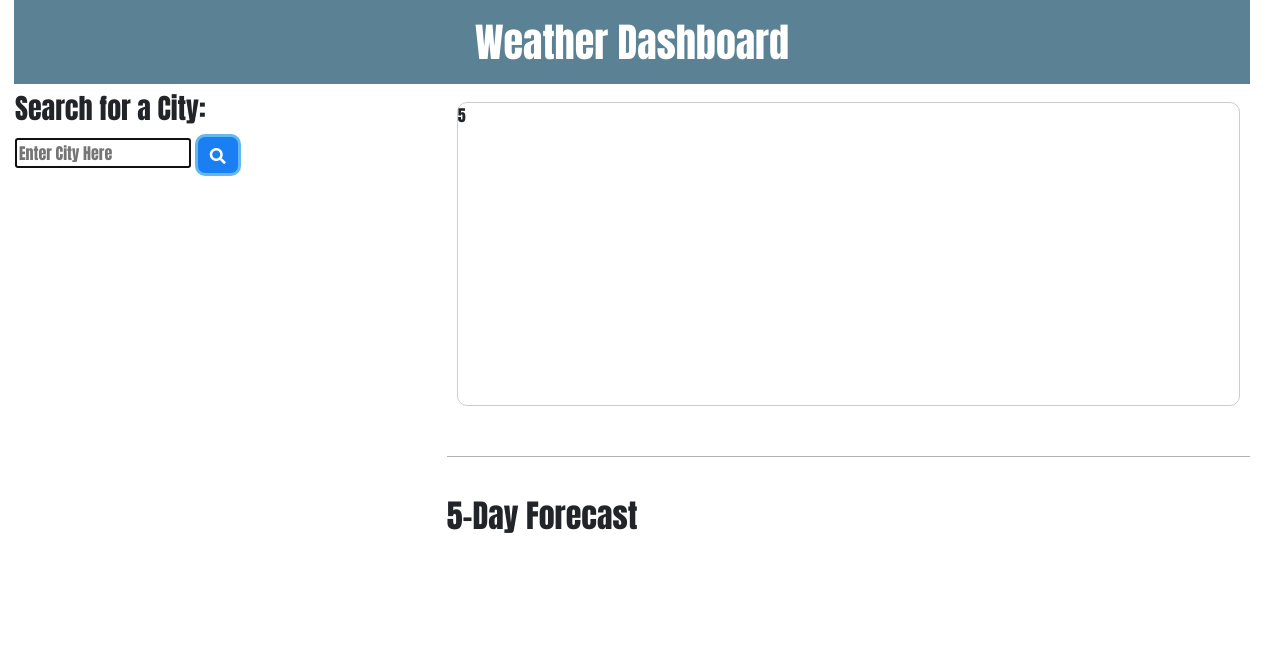
Repository: KHudaKoz/Weather-dashboard
Page: index.html
The author's editor kept a copy of each file at every save. The page is drawn from the files as they stood at one save, then again after the next save.
The browser window is 1280 px wide. The pictures show the whole page.
Some web libraries are served in a nearby version.

Above is the page before, as saved 2021-01-29 18:50:13.

After the next save:
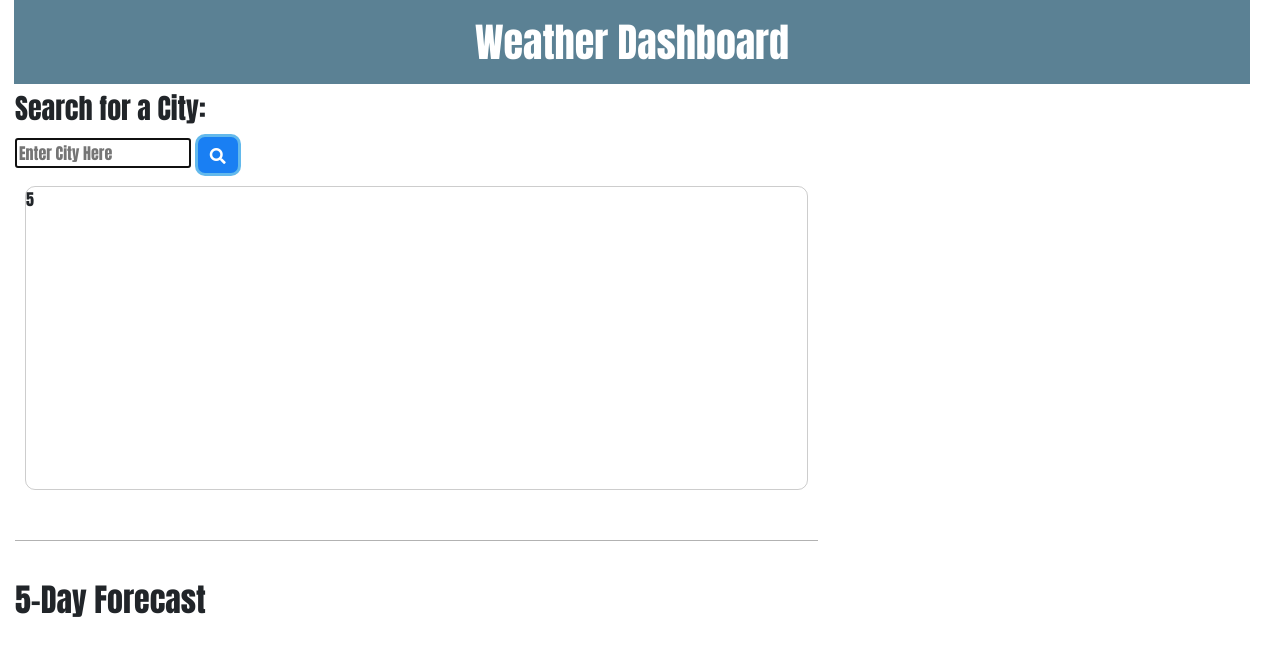
Saved 60 s later.
--- a/index.html
+++ b/index.html
@@ -44,9 +44,7 @@
                     </div>
                 </div>
             </div>
-
-        </div>
-        <div class="col col-md-8">
+               <div class="col col-md-8">
             <div class="current-weather-container">
                 <div id="current-weather">5</div>
                 <div id="uv-display-styles"></div>
@@ -60,6 +58,8 @@
             </div>
         </div>
         </div>
+
+        </div>
     </main>
     <script src="https://code.jquery.com/jquery-3.5.1.min.js"></script>
     <script src="https://cdnjs.cloudflare.com/ajax/libs/moment.js/2.24.0/moment.min.js"></script>
